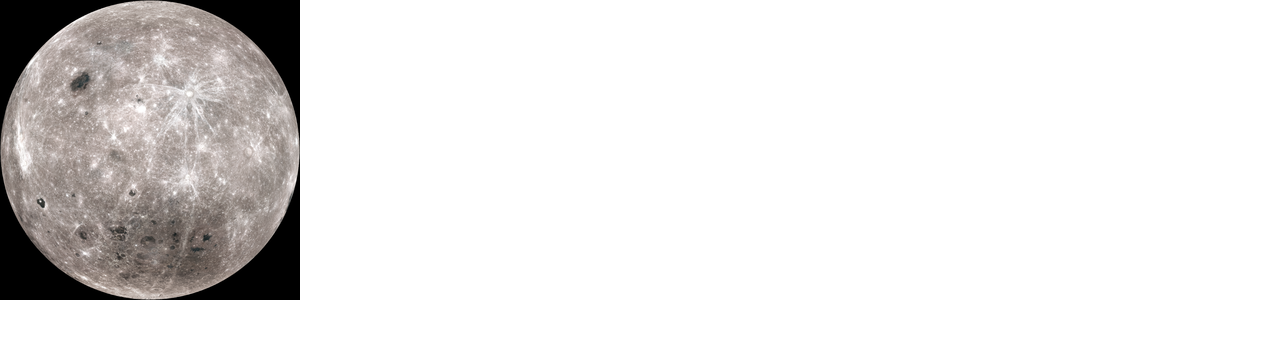
Repository: aSSasdy/assasdy.github.io
Page: index.html
These files come from the project's save history. The page is drawn as it stood at one moment and after the next save; the edit follows.
The browser window is 1280 px wide. The pictures show the whole page.

Above is the page before, as saved 2021-11-25 19:23:38.

### index.html
<!DOCTYPE html>
<html lang="en">
<head>
    <meta charset="UTF-8">
    <meta http-equiv="X-UA-Compatible" content="IE=edge">
    <meta name="viewport" content="width=device-width, initial-scale=1.0">
    <title>Document</title>
    <link rel="stylesheet" href="css/reset.css">
    <link rel="stylesheet" href="css/style.css">
</head>
<body>
    <div class="box">
        <img src="img/Moon_farside_LRO_color_mosaic.png">
    </div>
</body>
</html>

### css/reset.css
*, :before, :after{
	margin:0;
	padding:0;
	-webkit-box-sizing: border-box;
	-moz-box-sizing: border-box;
	box-sizing: border-box;
}
ol, ul {list-style: none;}
:focus {	outline: 0;}
::-webkit-input-placeholder{text-indent: 0px;   transition: text-indent 0.3s ease;font-family: inherit; color: #737B7D}
::-moz-placeholder{opacity: 1; transition: opacity 0.3s ease;font-family: inherit; color: #737B7D}
:-moz-placeholder{opacity: 1; transition: opacity 0.3s ease;font-family: inherit; color: #737B7D}
:-ms-input-placeholder{ text-indent: 0px;   transition: text-indent 0.3s ease;font-family: inherit; color: #737B7D}
:focus::-webkit-input-placeholder{ text-indent: -500px; transition: text-indent 0.3s ease;}
:focus::-moz-placeholder{opacity: 0; transition: opacity 0.3s ease;}
:focus:-moz-placeholder{opacity: 0; transition: opacity 0.3s ease;}
:focus:-ms-input-placeholder{ text-indent: -500px;   transition: text-indent 0.3s ease;}
table {
	border-collapse: collapse;
	border-spacing: 0;
}
label, input:not([type="checkbox"]),
input:not([type="radio"]) , button{
	-webkit-appearance:none;
	font-family: inherit;
}
label, input[type="submit"], button{cursor:pointer;}
img{border: none;}
html, body{
    height: 100%;
}
html{font-size: 62.5%;}
button:focus{outline: none!important}
input::-webkit-outer-spin-button,
input::-webkit-inner-spin-button {
    -webkit-appearance: none;
    margin: 0;
}
input:hover::-webkit-outer-spin-button,
input:hover::-webkit-inner-spin-button {
    display: none;
    -webkit-appearance: none;
    margin: 0;
}

### css/style.css
.box{
    border-radius: circle;
}

After the next save:
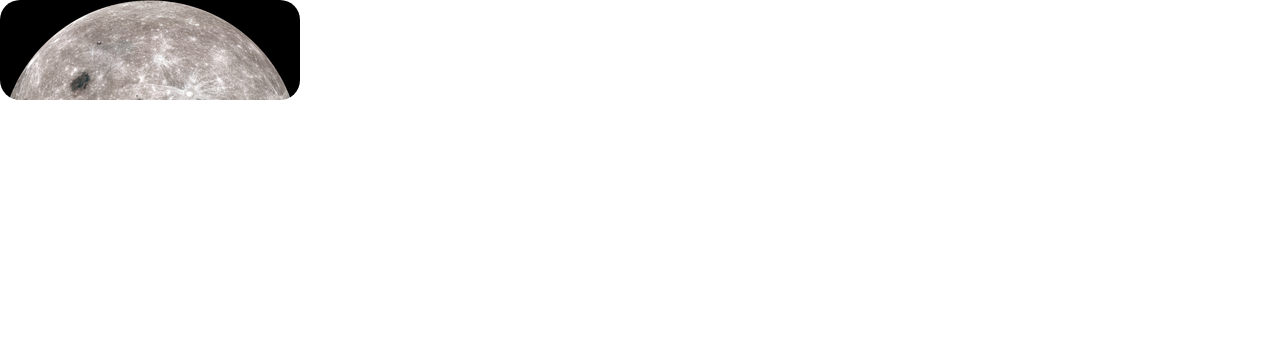
Saved 11 s later.
--- a/css/style.css
+++ b/css/style.css
@@ -1,3 +1,8 @@
 .box{
-    border-radius: circle;
+    height: 100px;
+    width: 300px;
+    border-radius: 20px;
+    background: blue;
+    overflow: hidden;
+
 }
